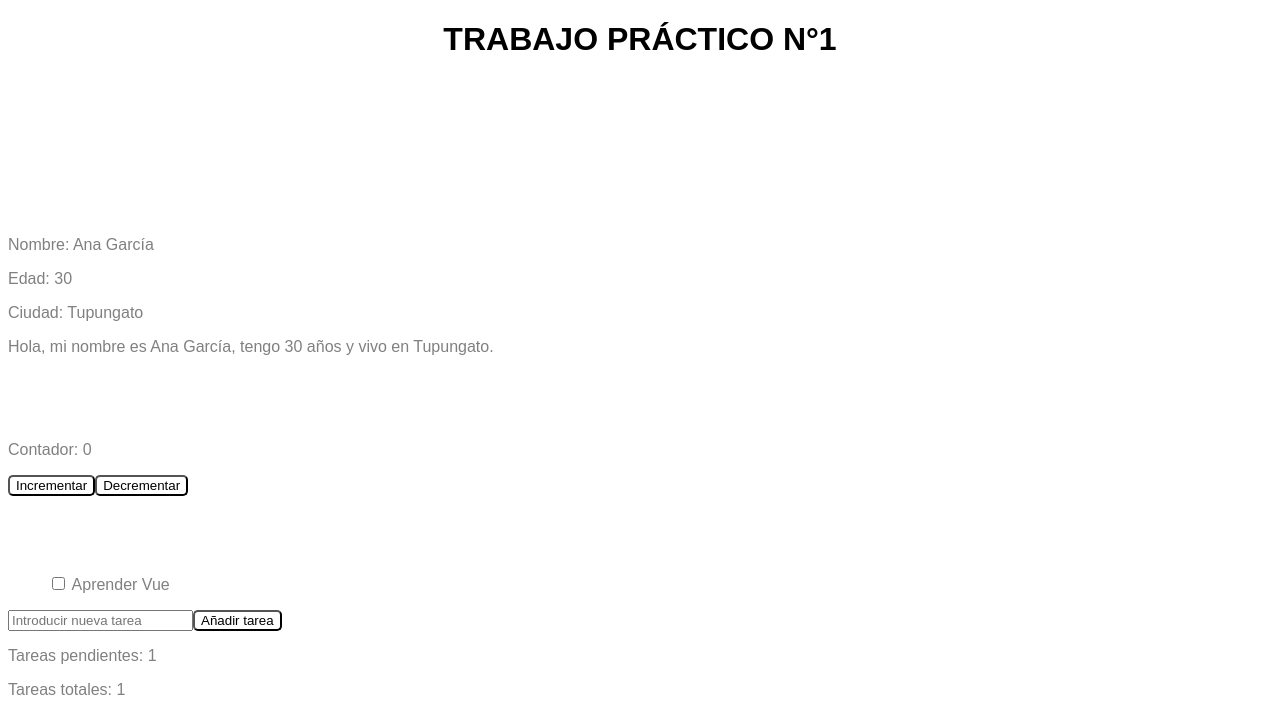
Repository: SofiaSferco/PWA
Page: practico01/index.html
The author's editor kept a copy of each file at every save. The page is drawn from the files as they stood at one save, then again after the next save.
The browser window is 1280 px wide. The pictures show the whole page.

Above is the page before, as saved 2025-10-03 14:14:38.

### practico01/index.html
<!DOCTYPE html>
<html lang="en">
<head>
    <meta charset="UTF-8">
    <title>Trabajo Práctico 1</title>
    <script src="https://unpkg.com/vue@3/dist/vue.global.js"></script>
</head>
<body>
    <div id="app">
        <h1>TRABAJO PRÁCTICO N°1</h1>
        <br>
        <h2>Paso #1 - Creación repositorio</h2>
        <hr>
        <h2>{{ segundopaso }}</h2>
            <p>Nombre: {{ nombre }}</p>
            <p>Edad: {{ edad }}</p>
            <p>Ciudad: {{ ciudad }}</p>
            <p>Hola, mi nombre es {{ nombre }}, tengo {{ edad }} años y vivo en {{ ciudad }}.</p>
        <hr>
        <h2>{{ tercerpaso }}</h2>
            <p>Contador: {{ contador }}</p>
            <button v-on:click="contador++">Incrementar</button>
            <button @click="contador--">Decrementar</button>
        <hr>
        <h2>{{cuartopaso}}</h2>
        <ul>
            <li v-for="tarea in tareas" :key="tarea.id" :class="{tachar: tarea.completada}"><input type="checkbox" v-model="tarea.completada"> {{tarea.texto}}</li>
        </ul>
        <input v-model="nuevaTarea" placeholder="Introducir nueva tarea">
        <button @click="agregarTarea">Añadir tarea</button>
        <p>Tareas pendientes: {{tareasPendientes}}</p>
        <p>Tareas totales: {{tareasTotales}}</p>



    </div>
    <script>
        const { createApp } = Vue;
        createApp({
            data() {
                return {
                    segundopaso: 'Paso #2 - Información de Perfil Simple (Interpolación)',
                    nombre: 'Ana García',
                    edad: 30,
                    ciudad: 'Tupungato',
                    tercerpaso: 'Paso #3 - Contador Interactivo (Interpolación y Eventos)',
                    contador: 0,
                    cuartopaso: 'Paso #4 - Lista de Tareas con Conteo y Estado Propiedades Computadas, Interpolación, Eventos)',
                    nuevaTarea: '',
                    tareas: [{
                        id: 1,
                        texto: "Aprender Vue",
                        completada: false
                    }
                    ]
               }
            }, methods: {
                agregarTarea() {
                    if (this.nuevaTarea != "") { //asi como está admite espacios y permito agregar tareas vacias si uso this.nuevaTarea.trim() ahi limito eso
                        this.tareas.push({
                            id: this.tareas.length +1,
                            texto: this.nuevaTarea,
                            completada: false
                        })
                        }
                    this.nuevaTarea = '';
                    }
                }, computed: {
                    tareasPendientes() {
                        return this.tareas.filter (tarea => !tarea.completada).length;
                    },
                     tareasTotales() {
                        return this.tareas.length;
                    }
                }
            },
        ).mount('#app');
    </script>
</body>
<style>
    body {
        font-family: Arial, Helvetica, sans-serif;
        color: gray;
    }
    h1{
        text-align: center;
        color: black;
    }
    h2 {
        color: #ffff;
    }
    hr {
        border: 1px solid #ffff;
    }
    button {
        background-color: #ffff;
        color: black;
        cursor: pointer;
        border-radius: 5px;
    }
    button:hover {
        background-color: rgb(177, 177, 240);
    }
    ul{
        list-style-type: none;
    }
    .tachar{
        text-decoration: line-through;
        color: #ffff;
    }
</style>
</html>

After the next save:
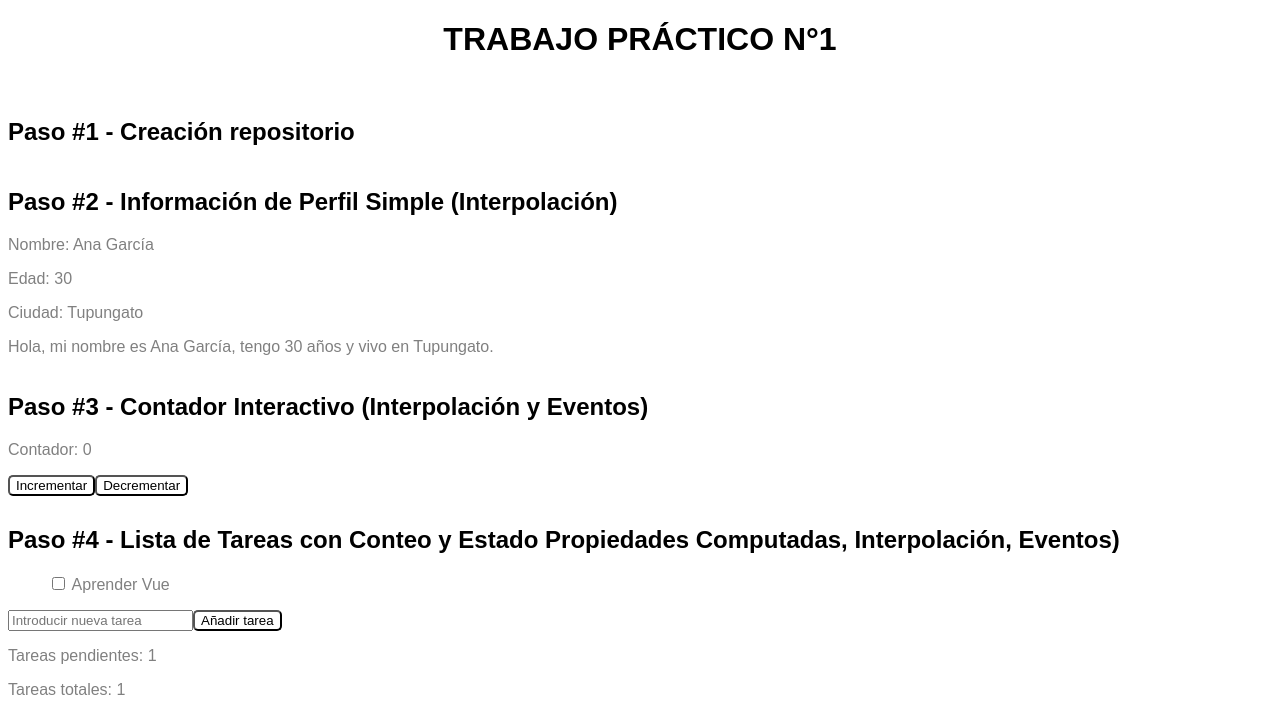
Saved 5 s later.
--- a/practico01/index.html
+++ b/practico01/index.html
@@ -87,7 +87,7 @@
         color: black;
     }
     h2 {
-        color: #ffff;
+        color: black;
     }
     hr {
         border: 1px solid #ffff;
